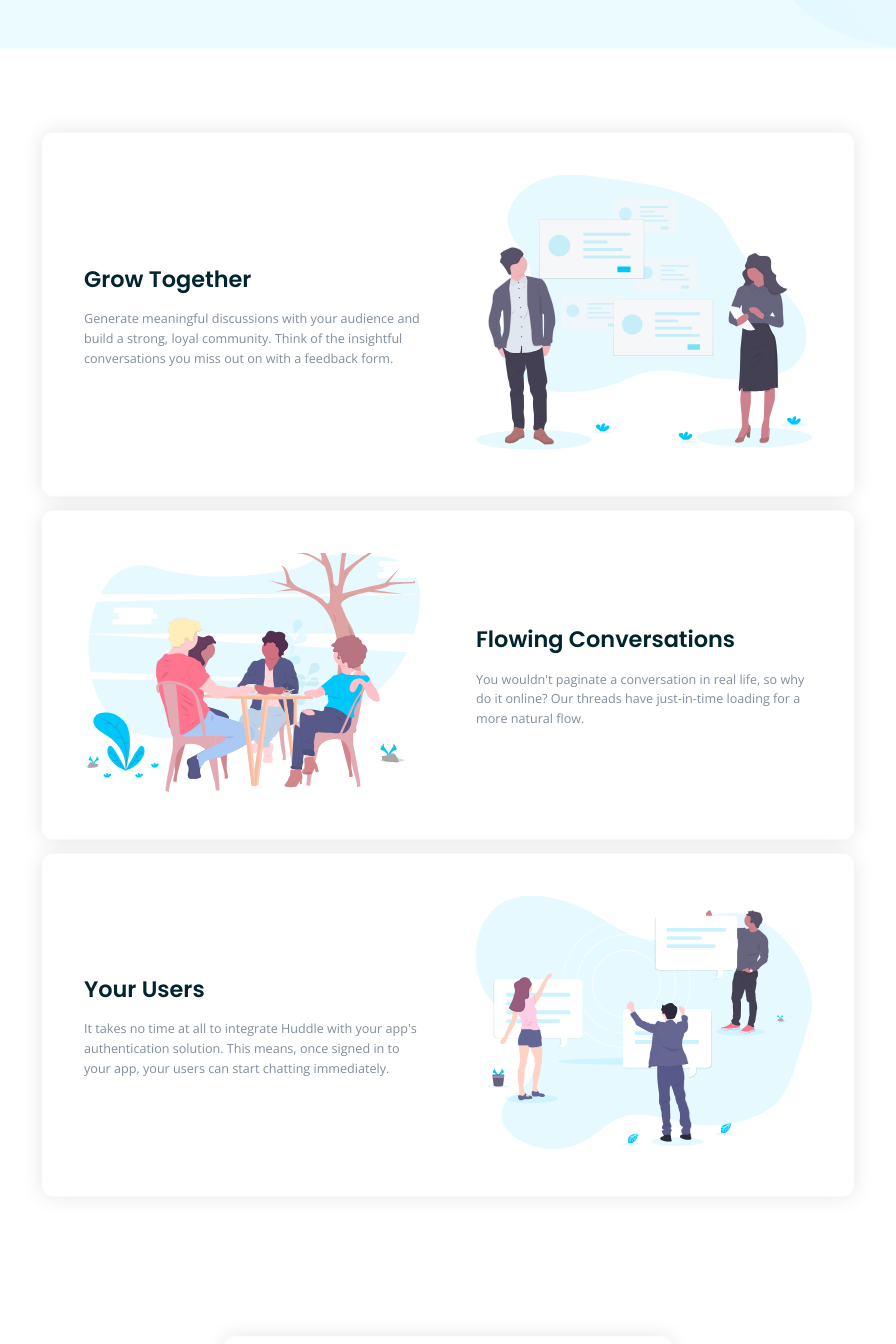
Repository: blordeus/huddle-landing-page
Page: index.html
These files come from the project's save history. The page is drawn as it stood at one moment and after the next save; the edit follows.
The browser window is 1280 px wide. The pictures show the part of the page from y = 618 to 2538 px (the page is 3305 px tall before and 3191 px after), at 70% of full size.

Above is the page before, as saved 2025-07-01 11:38:59.

### index.html
<!DOCTYPE html>
<html lang="en">
<head>
  <meta charset="UTF-8">
  <meta name="viewport" content="width=device-width, initial-scale=1.0">
  <link rel="icon" type="image/png" sizes="32x32" href="./images/favicon-32x32.png">
  <title>Frontend Mentor | Huddle landing page with alternating feature blocks</title>

  <!-- Google Fonts -->
  <link rel="preconnect" href="https://fonts.googleapis.com">
  <link rel="preconnect" href="https://fonts.gstatic.com" crossorigin>
  <link href="https://fonts.googleapis.com/css2?family=Poppins:wght@600&family=Open+Sans:wght@400;700&display=swap" rel="stylesheet">
  <link rel="stylesheet" type="text/css" href="styles.css" />

  <!-- Font Awesome for social icons -->
  <link rel="stylesheet" href="https://cdnjs.cloudflare.com/ajax/libs/font-awesome/6.0.0/css/all.min.css">
</head>

<body>
  <section class="bg-wrapper">
  <!-- Header -->
  <header class="header">
    <div class="container">
      <div class="header-content">
        <img src="./images/logo.svg" alt="Logo">
        <a href="#" class="btn btn-outline">Try It Free</a>
      </div>
    </div>
  </header>

  <!-- Hero Section -->
   <div class="hero">
    <div class="container">
      <div class="hero-content">
        <div class="hero-text">
          <h1>Build The Community Your Fans Will Love</h1>
          <p>Huddle re-imagines the way we build communities. You have a voice, but so does your audience. Create connections with your users as you engage in genuine discussion.</p>
          <a href="#" class="btn">Get Started For Free</a>
        </div>
        <div class="hero-image">
          <img src="./images/illustration-mockups.svg" alt="Desktop and mobile chat interface showing community conversations">
        </div>
      </div>
    </div>
   </div>
  </section>

  <!-- Features Section -->
  <section class="features">
    <div class="container">
      <div class="feature">
        <div class="feature-content">
          <h2>Grow Together</h2>
          <p>Generate meaningful discussions with your audience and build a strong, loyal community. Think of the insightful conversations you miss out on with a feedback form.</p>
        </div>
        <div class="feature-image">
          <img src="./images/illustration-grow-together.svg" alt="Illustration of people having meaningful conversations and building community">
        </div>
      </div>

      <div class="feature">
        <div class="feature-content">
          <h2>Flowing Conversations</h2>
          <p>You wouldn't paginate a conversation in real life, so why do it online? Our threads have just-in-time loading for a more natural flow.</p>
        </div>
        <div class="feature-image">
          <img src="./images/illustration-flowing-conversation.svg" alt="Illustration of natural flowing conversation interface with seamless chat threads">
        </div>
      </div>

      <div class="feature">
        <div class="feature-content">
          <h2>Your Users</h2>
          <p>It takes no time at all to integrate Huddle with your app's authentication solution. This means, once signed in to your app, your users can start chatting immediately.</p>
        </div>
        <div class="feature-image">
          <img src="./images/illustration-your-users.svg" alt="Illustration showing easy user authentication and immediate chat access">
        </div>
      </div>
    </div>
  </section>

  <!-- Call to Action -->
  <section class="cta">
    <div class="container">
      <h2>Ready To Build Your Community?</h2>
      <a href="#" class="btn">Get Started For Free</a>
    </div>
  </section>

  <!-- Footer -->
  <footer class="footer">
    <div class="container">
      <a href="#" class="footer-logo">
            <img src="./images/logo.svg" alt="">
          </a>
      <div class="footer-content">
        <div class="footer-info">
          <div class="contact-info">
            <div class="contact-item">
              <img src="./images/icon-location.svg" alt="">
              <p>Lorem ipsum dolor sit amet, consectetur adipiscing elit, sed do eiusmod tempor incididunt ut labore et dolore magna aliqua</p>
            </div>
            <div class="contact-item">
              <img src="./images/icon-phone.svg" alt="">
              <p>+1-543-123-4567</p>
            </div>
            <div class="contact-item">
              <img src="./images/icon-email.svg" alt="">
              <p>example@huddle.com</p>
            </div>
          </div>
        </div>

        <div class="footer-links">
          <a href="#">About Us</a>
          <a href="#">What We Do</a>
          <a href="#">FAQ</a>
        </div>

        <div class="footer-links">
          <a href="#">Career</a>
          <a href="#">Blog</a>
          <a href="#">Contact Us</a>
        </div>

        <div class="social-icons">
          <a href="#" class="social-icon" aria-label="Facebook">
            <i class="fab fa-facebook-f"></i>
          </a>
          <a href="#" class="social-icon" aria-label="Twitter">
            <i class="fab fa-twitter"></i>
          </a>
          <a href="#" class="social-icon" aria-label="Instagram">
            <i class="fab fa-instagram"></i>
          </a>
        </div>
      </div>

      <div class="copyright">
        <p>&copy; Copyright 2018 Huddle. All rights reserved.</p>
      </div>
    </div>

    <p class="attribution">
      Challenge by <a href="https://www.frontendmentor.io?ref=challenge" target="_blank">Frontend Mentor</a>.
      Coded by <a href="#">Your Name Here</a>.
    </p>
  </footer>
</body>
</html>

### styles.css
    * {
      margin: 0;
      padding: 0;
      box-sizing: border-box;
    }

    body {
      font-family: 'Open Sans', sans-serif;
      font-size: 18px;
      line-height: 1.6;
      color: hsl(192, 100%, 9%);
    }

    .container {
      max-width: 1200px;
      margin: 0 auto;
      padding: 0 20px;
    }

    .bg-wrapper {
      background: hsl(193, 100%, 96%);
      background-image: url('./images/bg-hero-desktop.svg');
      background-size: cover;
      background-position: center;
    }

    /* Header */
    .header {
      padding: 24px 0;
    }

    .header-content {
      display: flex;
      justify-content: space-between;
      align-items: center;
    }

    .header-content img {
      height: 40px;
    }

    .btn {
      background: hsl(322, 100%, 66%);
      color: white;
      border: none;
      padding: 12px 48px;
      border-radius: 24px;
      font-family: 'Open Sans', sans-serif;
      font-weight: 700;
      font-size: 14px;
      cursor: pointer;
      text-decoration: none;
      display: inline-block;
      transition: opacity 0.3s ease;
      box-shadow: 0 4px 8px rgba(0, 0, 0, 0.1);
    }

    .btn:hover {
      opacity: 0.8;
    }

    .btn-outline {
      background: white;
      box-shadow: 0 4px 8px rgba(0, 0, 0, 0.1);
      color: #00252E;
    }

    .btn-outline:hover {
      color: #808E9A;
    }

    /* Hero Section */
    .hero {
      padding: 80px 0 120px;
    }

    .hero-content {
      display: grid;
      grid-template-columns: 1fr 1fr;
      gap: 80px;
      align-items: center;
    }

    .hero-text h1 {
      font-family: 'Poppins', sans-serif;
      font-weight: 600;
      font-size: 48px;
      line-height: 1.2;
      margin-bottom: 24px;
      color: hsl(192, 100%, 9%);
    }

    .hero-text p {
      font-size: 18px;
      color: hsl(192, 100%, 9%);
      margin-bottom: 32px;
      line-height: 1.6;
    }

    .hero-image {
      text-align: center;
    }

    .hero-image img {
      max-width: 100%;
      height: auto;
    }

    /* Features Section */
    .features {
      padding: 120px 0;
    }

    .feature {
      display: grid;
      grid-template-columns: 1fr 1fr;
      gap: 80px;
      align-items: center;
      margin-bottom: 20px;
      background: white;
      padding: 60px;
      border-radius: 16px;
      box-shadow: 0 0 30px rgba(0, 0, 0, 0.1);
    }

    .feature:nth-child(even) .feature-content {
      order: 2;
    }

    .feature:nth-child(even) .feature-image {
      order: 1;
    }

    .feature h2 {
      font-family: 'Poppins', sans-serif;
      font-weight: 600;
      font-size: 32px;
      margin-bottom: 16px;
      color: hsl(192, 100%, 9%);
    }

    .feature p {
      color: hsl(208, 11%, 55%);
      line-height: 1.6;
    }

    .feature-image {
      text-align: center;
    }

    .feature-image img {
      max-width: 100%;
      height: auto;
    }

    /* Call to Action */
    .cta {
      text-align: center;
      padding: 80px 0;
      background: white;
      width: 50%;
      margin: 0 auto;
      box-sizing: border-box;
      border-radius: 16px;
      box-shadow: 0 0 30px rgba(0, 0, 0, 0.1);
      position: relative;
      z-index: 2;
      transform: translateY(20%);
    }

    .cta a {
      background: hsl(322, 100%, 66%);
      color: white;
      padding: 16px 64px;
      border-radius: 24px;
      font-family: 'Open Sans', sans-serif;
      font-weight: 700;
      font-size: 14px;
      cursor: pointer;
      text-decoration: none;
      display: inline-block;
      transition: opacity 0.3s ease;
      box-shadow: 0 4px 8px rgba(0, 0, 0, 0.1);

    }

    .cta h2 {
      font-family: 'Poppins', sans-serif;
      font-weight: 600;
      font-size: 32px;
      margin-bottom: 32px;
      color: hsl(192, 100%, 9%);
    }

    /* Footer */
    .footer {
      background: hsl(192, 100%, 9%);
      color: white;
      padding: 120px 0 40px;
    }

    .footer-content {
      display: grid;
      grid-template-columns: 2fr 1fr 1fr 1fr;
      gap: 60px;
      margin-bottom: 40px;
    }

    .footer-logo {
      display: flex;
      align-items: center;
      gap: 8px;
      font-family: 'Poppins', sans-serif;
      font-weight: 600;
      font-size: 24px;
      color: white;
      text-decoration: none;
      margin-bottom: 24px;
    }

    .footer-logo .logo-icon {
      background: white;
      color: hsl(322, 100%, 66%);
    }

    .contact-info {
      display: flex;
      flex-direction: column;
      gap: 16px;
    }

    .contact-item {
      display: flex;
      align-items: flex-start;
      gap: 16px;
    }

    .contact-item i {
      margin-top: 4px;
      width: 16px;
    }

    .footer-links {
      display: flex;
      flex-direction: column;
      gap: 12px;
    }

    .footer-links a {
      color: white;
      text-decoration: none;
      transition: color 0.3s ease;
    }

    .footer-links a:hover {
      color: hsl(322, 100%, 66%);
    }

    .social-icons {
      display: flex;
      gap: 16px;
      justify-content: center;
    }

    .social-icon {
      width: 40px;
      height: 40px;
      border: 1px solid white;
      border-radius: 50%;
      display: flex;
      align-items: center;
      justify-content: center;
      color: white;
      text-decoration: none;
      transition: all 0.3s ease;
    }

    .social-icon:hover {
      color: hsl(322, 100%, 66%);
      border-color: hsl(322, 100%, 66%);
    }

    .copyright {
      text-align: center;
      font-size: 14px;
      color: hsl(208, 11%, 55%);
      padding-top: 40px;
      border-top: 1px solid hsl(208, 11%, 55%);
    }

    .attribution {
      font-size: 11px;
      text-align: center;
      margin-top: 20px;
    }

    .attribution a {
      color: hsl(228, 45%, 44%);
    }

    /* Responsive Design */
    @media (max-width: 768px) {
      .container {
        padding: 0 16px;
      }

      .bg-wrapper {
        background-image: url('./images/bg-hero-mobile.svg');
      }

      .header-content {
        flex-direction: column;
        gap: 20px;
      }

      .hero-content {
        grid-template-columns: 1fr;
        gap: 40px;
        text-align: center;
      }

      .hero-text h1 {
        font-size: 32px;
      }

      .feature {
        grid-template-columns: 1fr;
        gap: 40px;
        padding: 40px 20px;
        text-align: center;
      }

      .feature:nth-child(even) .feature-content,
      .feature:nth-child(even) .feature-image {
        order: unset;
      }

      .footer-content {
        grid-template-columns: 1fr;
        gap: 40px;
        text-align: center;
      }

      .social-icons {
        justify-content: center;
      }

      .cta {
        margin: 0 16px;
        padding: 40px 20px;
      }

      .cta h2 {
        font-size: 24px;
      }
    }

After the next save:
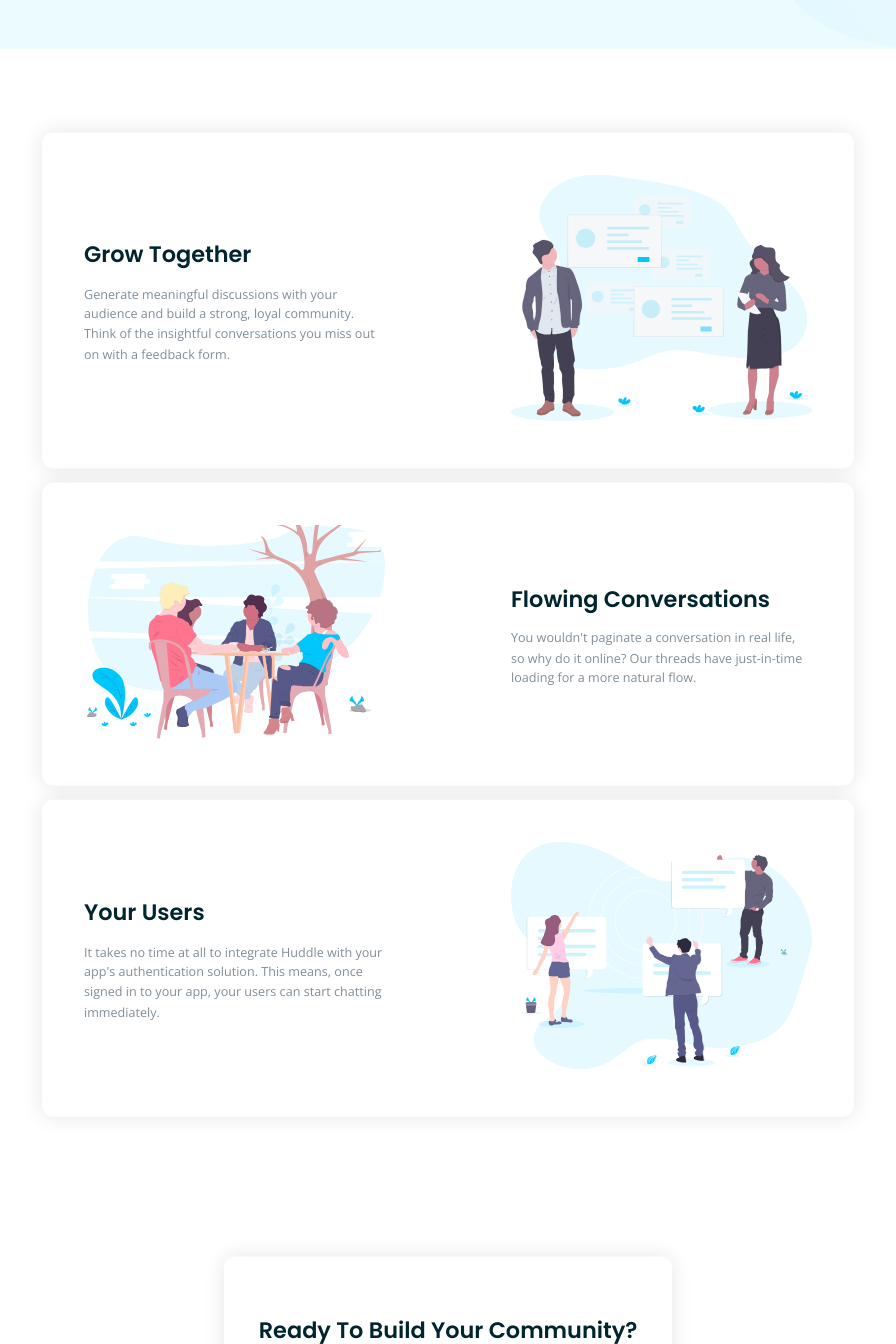
Saved 71 s later.
--- a/styles.css
+++ b/styles.css
@@ -114,7 +114,7 @@
     .feature {
       display: grid;
       grid-template-columns: 1fr 1fr;
-      gap: 80px;
+      gap: 180px;
       align-items: center;
       margin-bottom: 20px;
       background: white;
